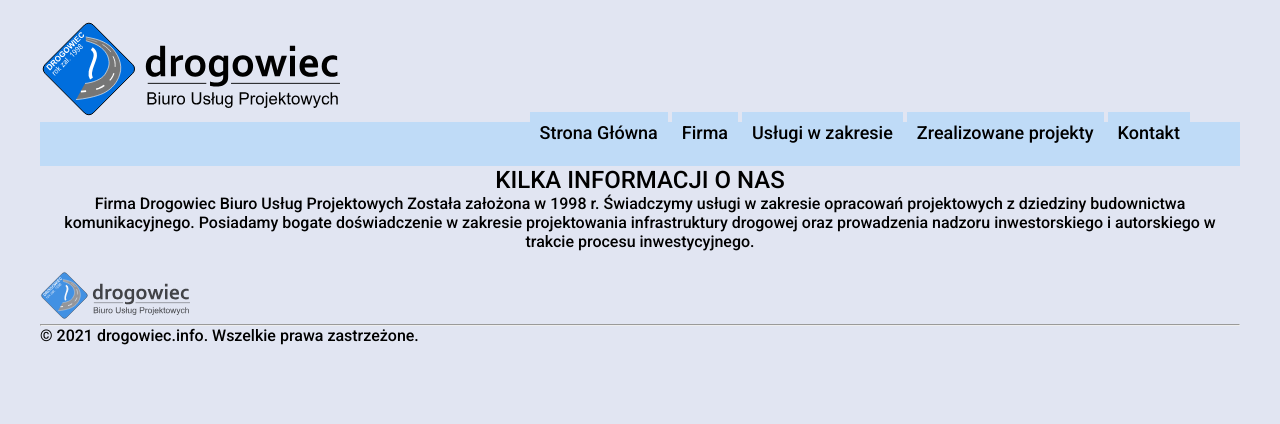
Repository: AdamBodzak/WTF_v2
Page: index.html
The author's editor kept a copy of each file at every save. The page is drawn from the files as they stood at one save, then again after the next save.
The browser window is 1280 px wide. The pictures show the whole page.

Above is the page before, as saved 2021-01-08 12:33:48.

### index.html
<!DOCTYPE html>
<html lang="pl">
<head>
    <meta charset="UTF-8">
    <meta name="viewport" content="width=device-width, initial-scale=1.0">
    <link rel="preconnect" href="https://fonts.gstatic.com">
    <link rel="stylesheet" href="style.css" type="text/css">
    <title>DROGOWIEC Biuro Usług Projektowych</title>
</head>
<body>
    <header>
        <a href="index.html">
            <img id="logo" src="./img/Logo.svg" alt="Logo image">
        </a>
        <nav>
            <ul id="nawigationBar">
                <li> <a class="menuItem" href="#"> Strona Główna </a></li>
                <li> <a class="menuItem" href="#"> Firma </a></li>
                <li> <a class="menuItem" href="#"> Usługi w zakresie </a></li>
                <li> <a class="menuItem" href="#"> Zrealizowane projekty </a></li>
                <li> <a class="menuItem" href="#"> Kontakt </a></li>
            </ul>
        </nav>
    </header>
    <main>
        <section>
            <div>
            <h1>KILKA INFORMACJI O NAS</h1>
            <p>
                Firma Drogowiec Biuro Usług Projektowych Została założona w 1998 r.
                Świadczymy usługi w zakresie opracowań projektowych z dziedziny budownictwa
                komunikacyjnego. Posiadamy bogate doświadczenie w zakresie projektowania infrastruktury
                drogowej oraz prowadzenia nadzoru inwestorskiego i autorskiego w trakcie procesu inwestycyjnego.
            </p>
            </div>
        </section>
    <main>
    <footer>
        <div>
            <img id="logoFooter" src="./img/Logo.svg" alt="Logo image">
        </div>
        <div id="kontakt">

        </div>
        <hr>
        <p>
            © 2021 drogowiec.info. Wszelkie prawa zastrzeżone.
        </p>
    </footer>
</body>
</html>

### style.css
@import url('https://fonts.googleapis.com/css2?family=Roboto:wght@300;500;700&display=swap');

* {
    font-family: 'Roboto', sans-serif;
    font-weight: 500;
    box-sizing: border-box;
    margin: 0px;
    padding: 0px;
}

body {
    max-width: 1200px;
    background-color: #E1E5F2;
    margin-left: auto;
    margin-right: auto;
}

#logo {
    width: 300px;
    padding-top: 20px;
}

#nawigationBar{
    background-color: #BFDBF7;
    text-align: right;
    padding-right: 50px;
    height: 44px;
}

#nawigationBar>li {
    display: inline-block;
}

.menuItem{
    font-size: 18px;
    color: black;
    text-decoration: none;
    padding: 10px;
    background-color: #BFDBF7;
}

#logoFooter {
    width: 150px;
    opacity: 0.7;
}

section {
    text-align: center;
}

section>h1 {
    padding: 20px;
}

footer {
    padding-top: 20px;
}

Loaded but not shown: img/Logo.svg (19 lines, source omitted)

After the next save:
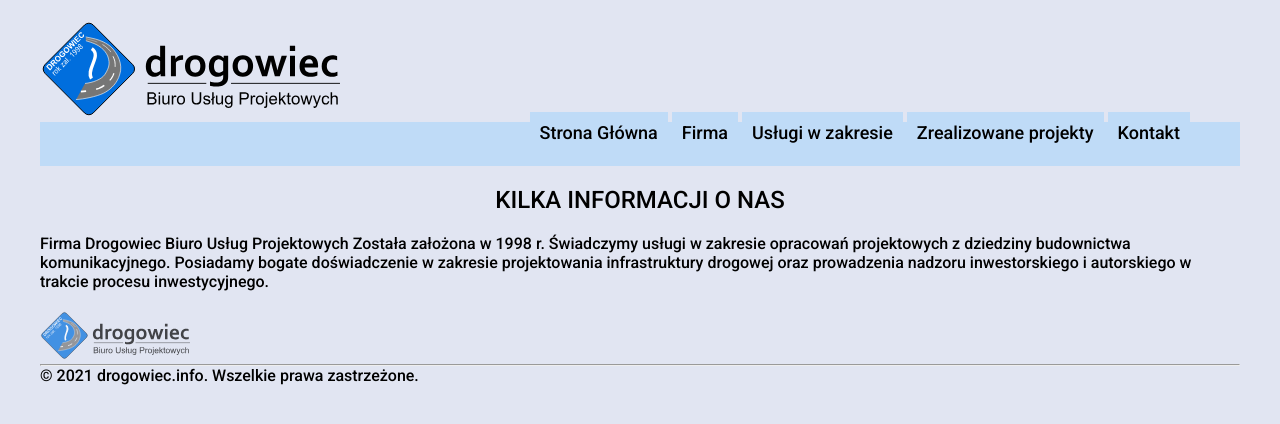
Saved 3 min 30 s later.
--- a/index.html
+++ b/index.html
@@ -24,15 +24,13 @@
     </header>
     <main>
         <section>
-            <div>
-            <h1>KILKA INFORMACJI O NAS</h1>
-            <p>
+            <h1 id="hederSection">KILKA INFORMACJI O NAS</h1>
+            <p id="paragrafSection">
                 Firma Drogowiec Biuro Usług Projektowych Została założona w 1998 r.
                 Świadczymy usługi w zakresie opracowań projektowych z dziedziny budownictwa
                 komunikacyjnego. Posiadamy bogate doświadczenie w zakresie projektowania infrastruktury
                 drogowej oraz prowadzenia nadzoru inwestorskiego i autorskiego w trakcie procesu inwestycyjnego.
             </p>
-            </div>
         </section>
     <main>
     <footer>
--- a/style.css
+++ b/style.css
@@ -44,7 +44,7 @@
     opacity: 0.7;
 }
 
-section {
+#hederSection {
     text-align: center;
 }
 
